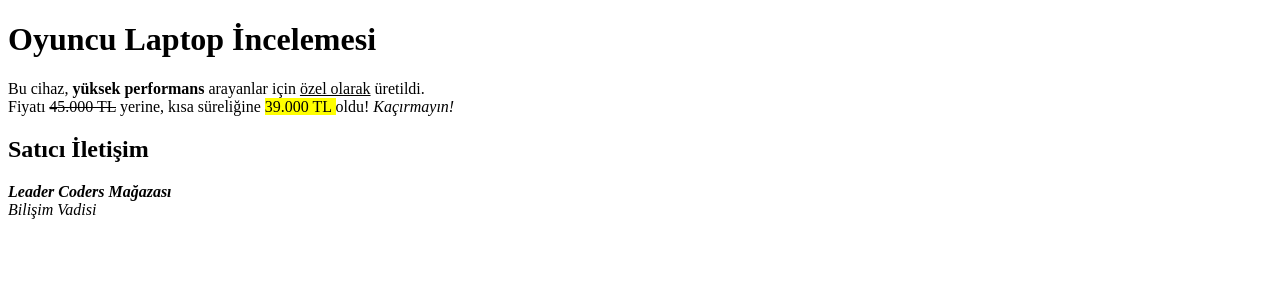
Repository: BeritanBlgn/web-yazilim-muhendisligi
Page: Modul_1/Ders_3/1.3.6_gorev2.html
These files come from the project's save history. The page is drawn as it stood at one moment and after a run of saves; the edit follows.
The browser window is 1280 px wide. The pictures show the whole page.

Above is the page before, as saved 2026-10-09 22:35:20.

### Modul_1/Ders_3/1.3.6_gorev2.html
<!DOCTYPE html>
<html lang="tr">
<head>
    <meta charset="UTF-8">
    <meta name="viewport" content="width=device-width, initial-scale=1.0">
    <title>Document</title>
</head>
<body>
    <h1>
        Oyuncu Laptop İncelemesi
    </h1>
    <p>
        Bu cihaz, <strong>yüksek performans</strong> arayanlar için
        <u>özel olarak</u> üretildi. <br>
        Fiyatı <del>45.000 TL</del> yerine, kısa süreliğine <mark>
            39.000 TL </mark>oldu! <em>Kaçırmayın!</em>
    </p>
    <h2>Satıcı İletişim</h2>
    <address>
        <strong>
            Leader Coders Mağazası
        </strong> <br>
        Bilişim Vadisi
    </address>
 </body>
</html>

After the next 4 saves:
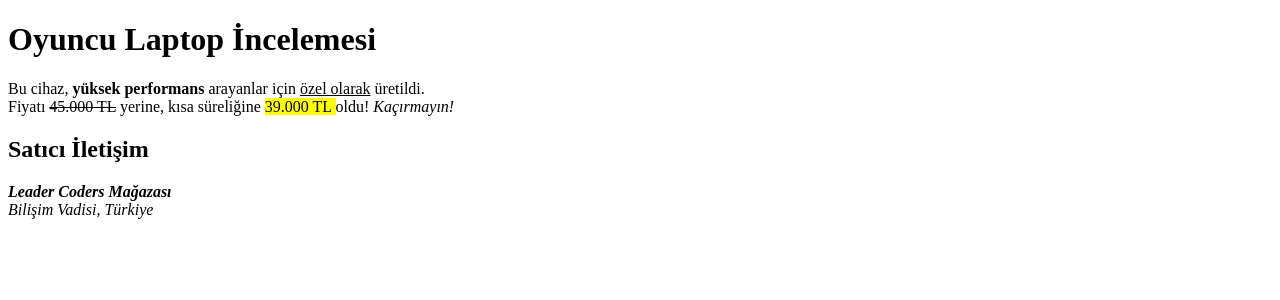
The 4 saves are shown as one change because they came seconds apart.
The last was saved 12 s later.
--- a/Modul_1/Ders_3/1.3.6_gorev2.html
+++ b/Modul_1/Ders_3/1.3.6_gorev2.html
@@ -20,7 +20,8 @@
         <strong>
             Leader Coders Mağazası
         </strong> <br>
-        Bilişim Vadisi
+        Bilişim Vadisi, Türkiye <br>
+
     </address>
  </body>
 </html>
